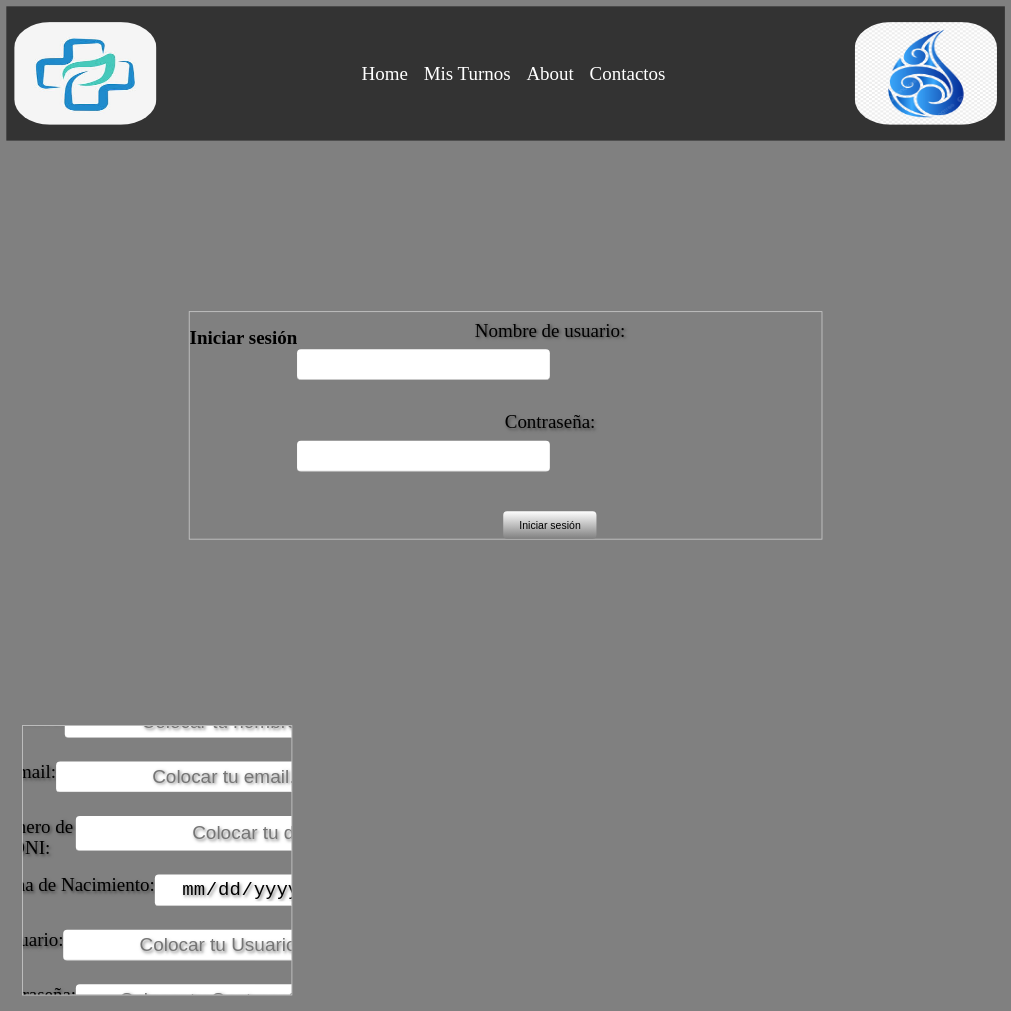
Repository: mauro8778/TurnoClinica
Page: / (app in front/vite-project/)
An editor plug-in stored every save of this project. The page is shown before and after the next save, followed by the edit.
The browser window is 1280 px wide. The pictures show the whole page, at 79% of full size.
The project was rebuilt for these pictures with package versions that can differ from the ones it lists, and the page was loaded fresh each time. Also part of the build but not shown: front/vite-project/vite.config.js.

Above is the page before, as saved 2024-04-14 14:01:13.

### front/vite-project/src/App.jsx

import "./index.css"
import NavBar from "./components/NavBar/NavBar.jsx";
import Login from "./views/Login/Login"
import Register from "./views/Register/Register.jsx";


function App() {


  return (
    <>
    <NavBar/>
  <Login/>
  <Register/>
    </>


  )
}

export default App

### front/vite-project/src/index.css
body{

  background-color: grey;
}

### front/vite-project/src/components/NavBar/NavBar.jsx

import  "./NavBar.css";
import hospital from "../../assets/hospital.jpg"
import logo from "../../assets/logo.jpg"


const NavBar=()=>{

    return(
    <>

    <div className="navbar">
      <img src={hospital} alt="Imagen 1" className="left-image" />
      <ul className="nav-list">
        <li>Home</li>
        <li>Mis Turnos </li>
        <li>About</li>
        <li>Contactos </li>
      </ul>
      <img src={logo} alt="Imagen 2" className="right-image" />
    </div>


    </>
    )
}
export default NavBar;

### front/vite-project/src/views/Login/Login.jsx
import { useState } from "react";
import axios from "axios"
import "./login.css";

const LoginForm = () => {
  const [credentials, setCredentials] = useState({
    username: "",
    password: ""
  });

  const [error, setError] = useState("");

  const handleInputChange = (event) => {
    const { name, value } = event.target;
    setCredentials({
      ...credentials,
      [name]: value
    });
  };

  const handleFormSubmit = async (event) => {
    event.preventDefault();
    if (!credentials.username && !credentials.password) {
        setError("Faltan rellenar los campos de usuario y contraseña");
        return;
      }
      if (!credentials.username) {
        setError("Falta colocar el nombre de usuario");
        return;
      }
      if (!credentials.password) {
        setError("Falta colocar la contraseña");
        return;
      }
    try {
        const response = await axios.post("http://localhost:3000/users/loguin", credentials);
        if (response.status === 200) {
          alert("Inicio de sesión exitoso");
        } else {
          setError("Credenciales inválidas");
        }
    } catch (error) {
        if (error.response && error.response.status === 400) {
          setError("Usuario inexistente");
        } else if (error.response && error.response.status === 401) {
          setError("Contraseña incorrecta");
        } else {
          setError ("Error al iniciar sesión. Por favor, inténtalo de nuevo más tarde");
        }
    }
};
  return (
    <div className="card-container">
    <div className="card">
      <h2>Iniciar sesión</h2>
      <form onSubmit={handleFormSubmit} className="form-container">
        <div className="input-container">
          <label htmlFor="username">Nombre de usuario:</label>
          <input
            type="text"
            id="username"
            name="username"
            value={credentials.username}
            onChange={handleInputChange}
          />
        </div>
        <div className="input-container">
          <label htmlFor="password">Contraseña:</label>
          <input
            type="password"
            id="password"
            name="password"
            value={credentials.password}
            onChange={handleInputChange}
          />
        </div>
        {error && <p className="error">{error}</p>}
        <button type="submit">Iniciar sesión</button>
      </form>
    </div>
  </div>
);
};

export default LoginForm;

### front/vite-project/src/views/Register/Register.jsx

import { useState, useEffect } from "react";
import "../Register/Register.css";
import { Validate } from "../../helper/validate";
import axios from "axios";

const Register = () => {
  const [userData, setUserData] = useState({
    name: "",
    email: "",
    nDni: "",
    birthdate: "",
    username: "",
    password: ""
  });

  const [errors, setErrors] = useState({
    name: "",
    email: "",
    nDni: "",
    birthdate: "",
    username: "",
    password: ""
  });

  const [formSubmitted, setFormSubmitted] = useState(false);

  const handleInputChange = (event) => {
    const { name, value } = event.target;
    setUserData({
      ...userData,
      [name]: value
    });
  };

  const handleFormSubmit = (event) => {
    event.preventDefault();
    setFormSubmitted(true);
  };

  useEffect(() => {
    if (formSubmitted) {
      const currentErrors = Validate(userData);
      setErrors(currentErrors);

      const noErrors = Object.values(currentErrors).every(
        (error) => error === ""
      );

      if (noErrors) {
        axios
          .post("http://localhost:3000/users/register", userData)
          .then(() => {
            alert("Usuario creado con éxito");
            setFormSubmitted(false);
            setUserData({
              name: "",
              email: "",
              nDni: "",
              birthdate: "",
              username: "",
              password: ""
            });
            setErrors({
              name: "",
              email: "",
              nDni: "",
              birthdate: "",
              username: "",
              password: ""
            });
          })
          .catch((error) => {
            console.error("Error al enviar los datos:", error);
          });
      }
    }
  }, [formSubmitted, userData]);

  return (
    <>
      <div className="tarjeta">
        <div className="contenido">
          <h2>Formulario de Registro</h2>
          <form onSubmit={handleFormSubmit}>
            <label htmlFor="name">
              Nombre:
              <input
                type="text"
                value={userData.name}
                name="name"
                placeholder="Colocar tu nombre..."
                onChange={handleInputChange}
              />
            </label>
            {formSubmitted && <p className="error">{errors.name}</p>}

            <label htmlFor="email">
              Email:
              <input
                type="text"
                value={userData.email}
                name="email"
                placeholder="Colocar tu email..."
                onChange={handleInputChange}
              />
            </label>
            {formSubmitted && <p className="error">{errors.email}</p>}

            <label htmlFor="nDni">
              Numero de DNI:
              <input
                type="text"
                value={userData.nDni}
                name="nDni"
                placeholder="Colocar tu dni..."
                onChange={handleInputChange}
              />
            </label>
            {formSubmitted && <p className="error">{errors.nDni}</p>}

            <label htmlFor="birthdate">
              Fecha de Nacimiento:
              <input
                type="date"
                value={userData.birthdate}
                name="birthdate"
                placeholder="Colocar tu Fecha de Nacimiento..."
                onChange={handleInputChange}
              />
            </label>
            {formSubmitted && <p className="error">{errors.birthdate}</p>}

            <label htmlFor="username">
              Usuario:
              <input
                type="text"
                value={userData.username}
                name="username"
                placeholder="Colocar tu Usuario..."
                onChange={handleInputChange}
              />
            </label>
            {formSubmitted && <p className="error">{errors.username}</p>}

            <label htmlFor="password">
              Contraseña:
              <input
                type="password"
                value={userData.password}
                name="password"
                placeholder="Colocar tu Contraseña..."
                onChange={handleInputChange}
              />
            </label>
            {formSubmitted && <p className="error">{errors.password}</p>}

            <button type="submit">Enviar</button>
          </form>
        </div>
      </div>
    </>
  );
};

export default Register;

### front/vite-project/src/components/NavBar/NavBar.css
.navbar {
  display: flex;
  justify-content: space-between;
  align-items: center;
  background-color: #333;
  padding: 10px;
  height: 150px;
}

.nav-list {
  list-style: none;
  display: flex;
  margin: 0;
  padding: 0;
}

.nav-list li {
  margin-left: 20px;
  color: white;
  font-size: 1.5rem;
}

.left-image,
.right-image {
  width: 180px;
  height: 130px;
  border-radius: 25%;
}

### front/vite-project/src/views/Login/login.css
.card-container {
  display: flex;
  justify-content: center;
  align-items: center;
  height: 100vh;
}
.centered{
  text-align: center;
  font-size: 3rem;
  color: black;
  padding: 10px 20px;
  text-shadow: 2px 2px 4px rgba(0, 0, 0, 0.5);
}
label{
  text-align: center;
  font-size: 1.5rem;
  color: black;
  padding: 10px 20px;
  border-radius: 5px;
  text-shadow: 2px 2px 4px rgba(0, 0, 0, 0.5);
  display: flex;
  justify-content: center;

}
input{
  text-align: right;
  font-size: 1.5rem;
  color: black;
  padding: 10px 20px;
  border-radius: 5px;
  text-shadow: 2px 2px 4px rgba(0, 0, 0, 0.5);
}

.card {
  display: flex;
  border: 1px solid #ccc;
  width: 80%;
  max-width: 800px;
}

.left-column,
.right-column {
  flex: 1;
  padding: 20px;
  background: linear-gradient(white,grey) ;
  display: flex;
  justify-content: center;
  align-items: center;
}

.left-column {
  border-right: 1px solid #ccc;
  background: linear-gradient(white,grey);
  display: flex;
  justify-content: center;
  align-items: center;
}

.right-column {
  display: flex;
  flex-direction: column;
  align-items: center;
  padding: 20px; }

.right-column h2 {
  margin-bottom: 20px;
}

.form-container {
  width: 80%;
  text-align: center;
}

.input-container {
  width: 100%;
  margin-bottom: 20px;
  text-align: left;
}

.error {
  color: red;
  text-align: center;
}

.button-container {
  margin: 0 5px;
}


.botones{
  display: flex;
  justify-content: space-between;
  align-items: center;
}
button {
  padding: 10px 20px;
  background: linear-gradient(white, grey);
  transition: background-color 0.3s ease;
  text-decoration: none;
  color: #333;
  border-radius: 5px;
}
button:hover {
  background-color: rgba(0, 0, 0, 0.1);
}
.Links {
  padding: 10px 20px;
  background: linear-gradient(white, grey);
  transition: background-color 0.3s ease;
  text-decoration: none;
  color: #333;
  border-radius: 5px;
}
.Links:hover {
  background-color: rgba(0, 0, 0, 0.1);
}

### front/vite-project/src/views/Register/Register.css
.tarjeta {
    display: flex;
    flex-direction: column;
    justify-content: center; /* Centra verticalmente */
    align-items: center; /* Centra horizontalmente */
    width: 300px;
    height: 300px;
    margin: 20px;
    padding: 20px;
    position: relative;
    overflow: hidden;
    border: 1px solid #ccc;
    background-color: transparent;
    transition: all 0.3s ease;
  }

  .tarjeta:hover {
    transform: scale(1.05);
    box-shadow: 0 0 10px rgba(0, 0, 0, 0.2);
  }

  .contenido {
    display: flex;
    flex-direction: column;
    align-items: center;
  }

  .contenido h2 {
    color: black;
  }

  button {
    margin-top: 20px;
    padding: 10px 20px;
    background-color: transparent;
    border: none;
    color: black;
    cursor: pointer;
  }

  button:hover {
    background-color: #ccc;
  }

  input {
    margin-bottom: 10px;
    padding: 5px;
    border: none;
    border-bottom: 1px solid #ccc;
    outline: none;
  }

  input:focus {
    border-bottom-color: black;
  }
  .error{
color: red;
  }

### front/vite-project/src/helper/validate.js
export const Validate = (input) => {
    const errors = {};

    const nameRegex = /^[A-Za-z]{1,20}$/;
    if (!nameRegex.test(input.name)) {
        errors.name = "El nombre debe contener solo letras y tener máximo 20 caracteres";
    }

    const emailRegex = /^[^\s@]+@[^\s@]+\.[^\s@]+$/;
    if (!emailRegex.test(input.email)) {
        errors.email = "El email no es válido";
    }

    const nDniRegex = /^\d{1,8}$/;
    if (!nDniRegex.test(input.nDni)) {
        errors.nDni = "El número de DNI debe contener solo números y tener máximo 8 dígitos";
    }

    const birthdateRegex = /^(19|20)\d\d-(0[1-9]|1[0-2])-(0[1-9]|[12][0-9]|3[01])$/;
    if (!birthdateRegex.test(input.birthdate)) {
        errors.birthdate = "La fecha de nacimiento no es válida";
    }

    const usernameRegex = /^[A-Za-z0-9_]{3,20}$/;
    if (!usernameRegex.test(input.username)) {
        errors.username = "El nombre de usuario debe contener solo letras, números y guiones bajos, y tener entre 3 y 20 caracteres";
    }

    const passwordRegex = /^.{8,}$/;
    if (!passwordRegex.test(input.password)) {
        errors.password = "La contraseña debe tener al menos 8 caracteres";
    }

    return errors;
};

Loaded but not shown: front/vite-project/index.html (common file); front/vite-project/src/main.jsx (common file)

After the next save:
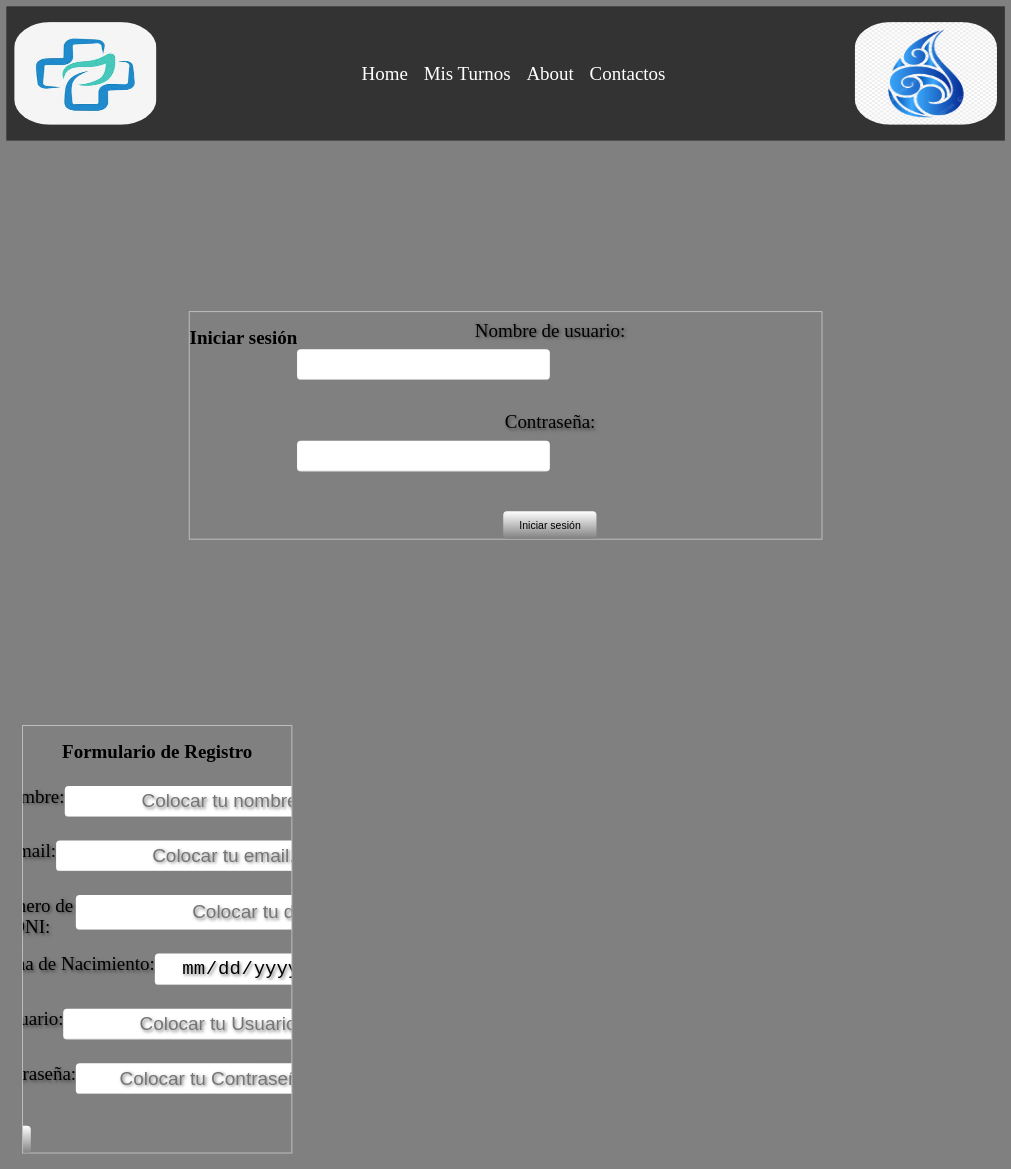
Saved 10 s later.
--- a/front/vite-project/src/views/Register/Register.css
+++ b/front/vite-project/src/views/Register/Register.css
@@ -4,7 +4,7 @@
     justify-content: center; /* Centra verticalmente */
     align-items: center; /* Centra horizontalmente */
     width: 300px;
-    height: 300px;
+    height: 500px;
     margin: 20px;
     padding: 20px;
     position: relative;
